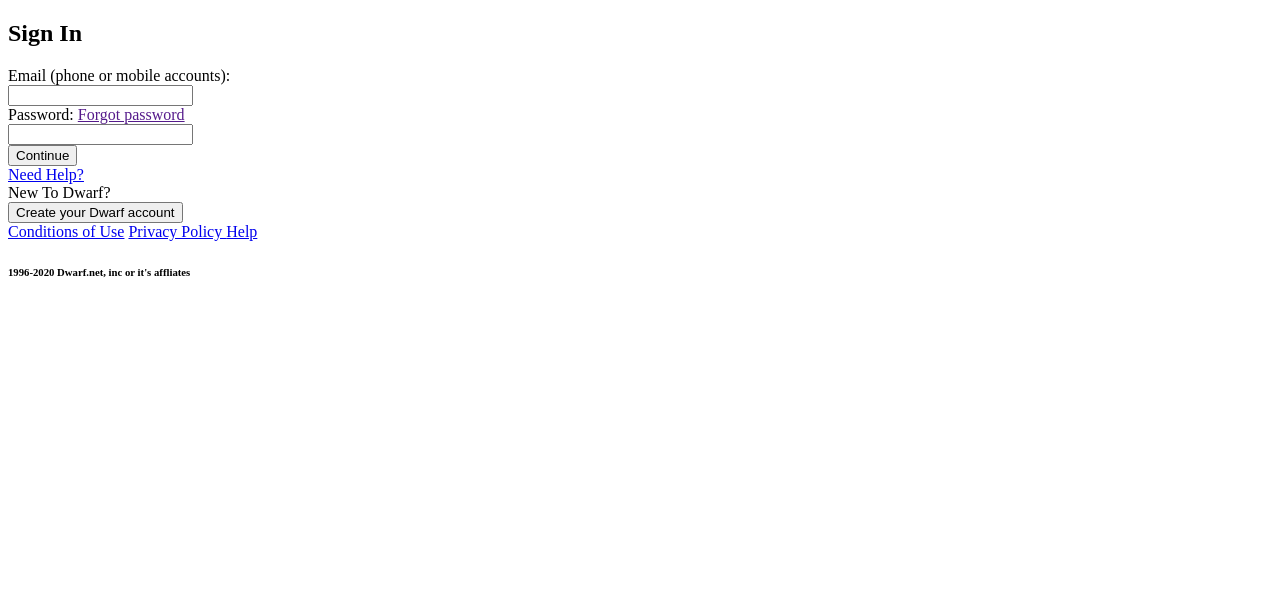
Repository: brittmarie333/replica
Page: index.html
These files come from the project's save history. The page is drawn as it stood at one moment and after the next save; the edit follows.
The browser window is 1280 px wide. The pictures show the whole page.

Above is the page before, as saved 2023-11-12 19:37:53.

After the next save:
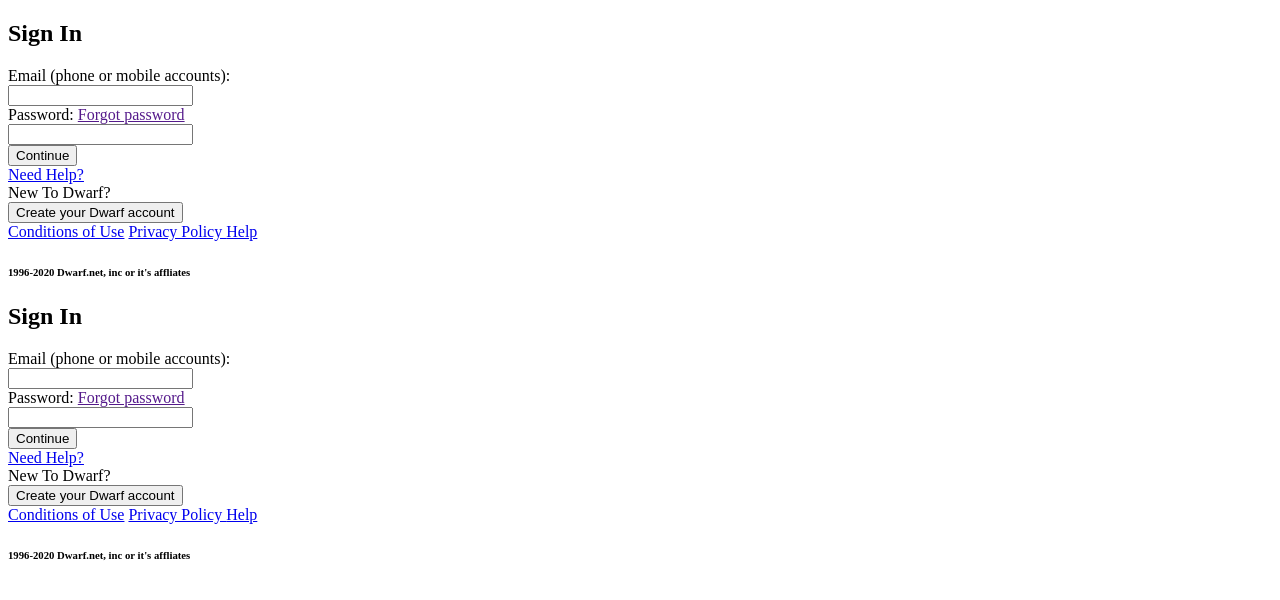
Saved 25 s later.
--- a/index.html
+++ b/index.html
@@ -6,7 +6,26 @@
     <title>Log In</title>
 </head>
 <body>
+    <h2>Sign In</h2>
+    <form action="/data.php">
+        <label for="username">Email (phone or mobile accounts):</label><br>
+        <input type="text" id="fname" name="fname"><br>
+        <label for="pword">Password: </label> <text align="right"><a href="">Forgot password</a></text><br>
+        <input type="text" id="lname" name="lname" ><br>
+        <button>Continue</button>
+        <br>
+        <a href="http">Need Help?</a>
+      </form>
+      New To Dwarf?
+      <br>
+      <button id="create">Create your Dwarf account</button>
+      <br>
+      <a href="http"> Conditions of Use</a>
+      <a href="http"> Privacy Policy </a>
+      <a href="http"> Help </a>
+      <br>
 
+      <h6> 1996-2020 Dwarf.net, inc or it's affliates</h6>
 
 
 </body>

After the save that followed:
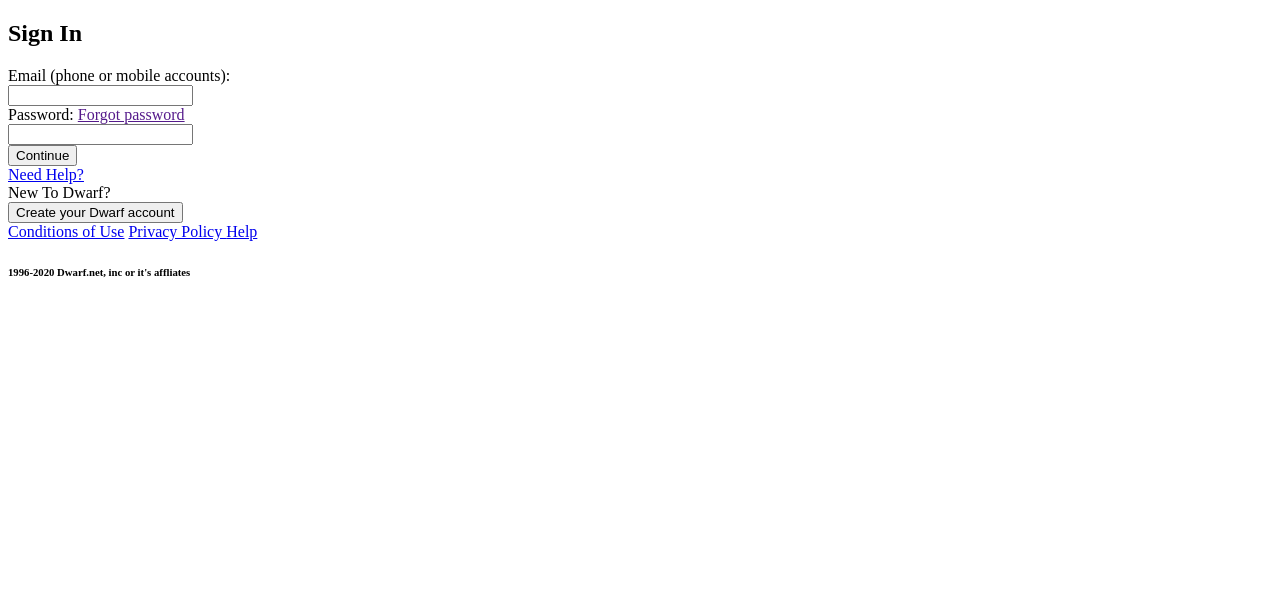
Saved 8 s later.
--- a/index.html
+++ b/index.html
@@ -41,26 +41,7 @@
     <title>Log in</title>
 </head>
 <body>
-    <h2>Sign In</h2>
-    <form action="/data.php">
-        <label for="username">Email (phone or mobile accounts):</label><br>
-        <input type="text" id="fname" name="fname"><br>
-        <label for="pword">Password: </label> <text align="right"><a href="">Forgot password</a></text><br>
-        <input type="text" id="lname" name="lname" ><br>
-        <button>Continue</button>
-        <br>
-        <a href="http">Need Help?</a>
-      </form>
-      New To Dwarf?
-      <br>
-      <button id="create">Create your Dwarf account</button>
-      <br>
-      <a href="http"> Conditions of Use</a>
-      <a href="http"> Privacy Policy </a>
-      <a href="http"> Help </a>
-      <br>
 
-      <h6> 1996-2020 Dwarf.net, inc or it's affliates</h6>
 
 </body>
 </html>
